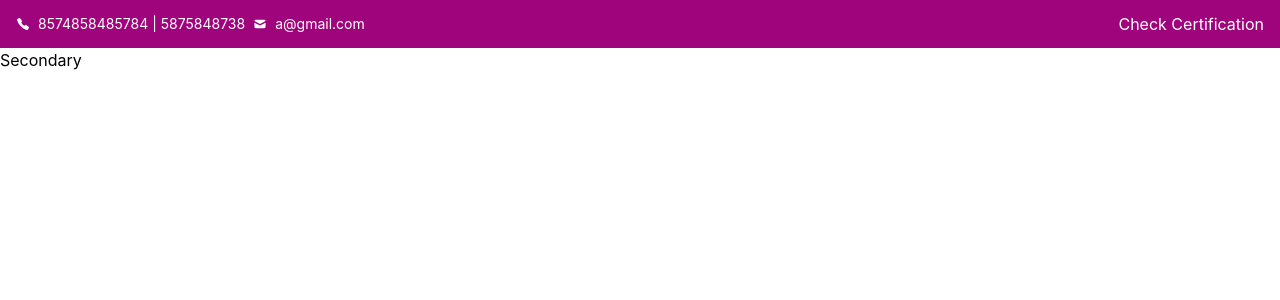
Repository: Sushant203/react-training-
Page: /
These files come from the project's save history. The page is drawn as it stood at one moment and after the next save; the edit follows.
The browser window is 1280 px wide. The pictures show the whole page.
The project was rebuilt for these pictures with package versions that can differ from the ones it lists, and the page was loaded fresh each time. Also part of the build but not shown: src/App.css, src/components/LowerNav.jsx, src/components/UpperNav.jsx.

Above is the page before, as saved 2022-12-19 09:33:07.

After the next save:
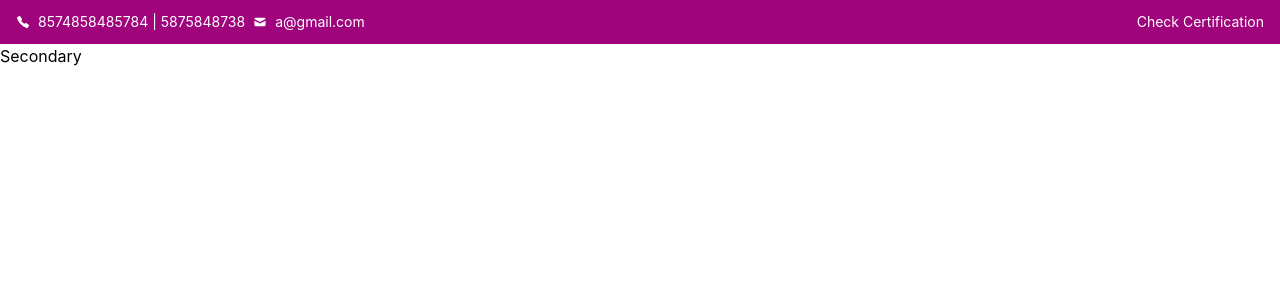
Saved 18 s later.
--- a/src/components/Naviagtion/Toolbar/header.jsx
+++ b/src/components/Naviagtion/Toolbar/header.jsx
@@ -3,9 +3,9 @@ import { IoCallSharp } from "react-icons/io5";
 import { HiMail } from "react-icons/hi";
 function Header() {
   return (
-    <div className="py-3 px-4 bg-mainColor w-full flex items-center justify-between">
+    <div className="py-3 px-4 bg-mainColor w-full flex items-center justify-between text-sm">
       {/* number and email */}
-      <div className="flex gap-2 text-sm text-white">
+      <div className="flex gap-2  text-white">
         <div className="flex gap-2  items-center">
           <IoCallSharp />
           8574858485784 | 5875848738
